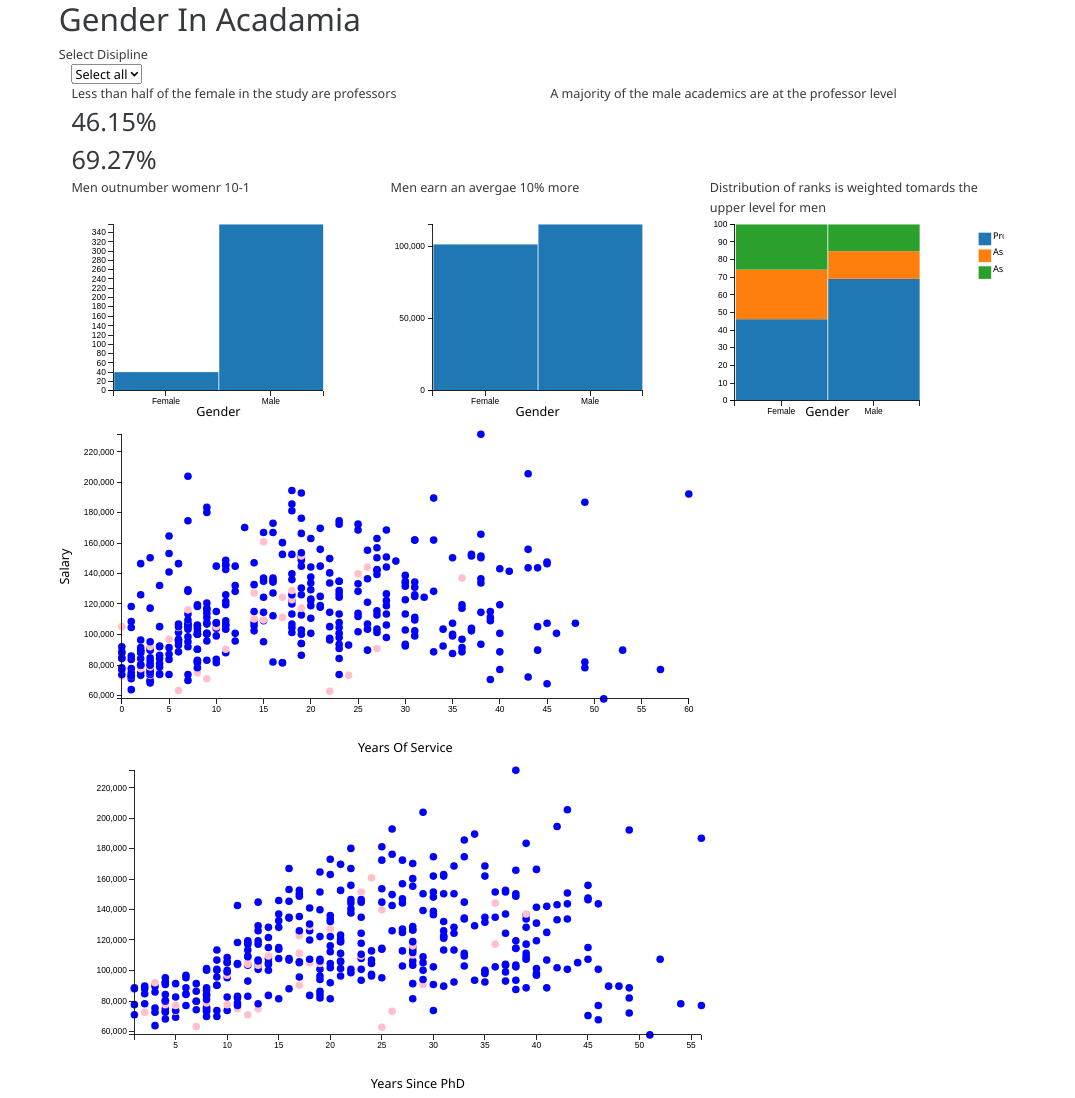
Repository: Angie55/dashboard-mini-project
Page: index.html
The author's editor kept a record of every edit. The page is drawn from the files as they stood at one moment, then again after the next edit.
The browser window is 1280 px wide. The pictures show the whole page, at 84% of full size.

Above is the page before.

### index.html
<!DOCTYPE html>
<html lang="en">
<head>
    <meta charset="UTF-8">
    <meta name="viewport" content="width=device-width, initial-scale=1.0">
    <meta http-equiv="X-UA-Compatible" content="ie=edge">
    <title>Gender In Academia</title>

    <link rel="stylesheet" href="static/css/bootstrap.min.css" type="text/css"/>
    <link rel="stylesheet" href="static/css/dc.min.css" type="text/css"/>
    <link rel="stylesheet" href="static/css/style.css" type="text/css"/>

    <script type="text/javascript" src="static/js/d3.min.js"></script>
    <script type="text/javascript" src="static/js/crossfilter.min.js"></script>
    <script type="text/javascript" src="static/js/dc.min.js"></script>
    <script type="text/javascript" src="static/js/queue.min.js"></script>
    <script type="text/javascript" src="static/js/graph.js"></script>
</head>
<body>
    <div class="container">

        <div class="row">
            <h1>Gender In Acadamia</h1>
        </div>

        <div class="row">
            <div class="col-md-offset-5">Select Disipline</div>
        </div>

        <div class="row">
            <div class="col-md-offset-5" id="discipline-selector"></div>
        </div>

        <div class="row">
            <div class="col-md-6">Less than half of the female in the study are professors</div>
            <div class="col-md-6">A majority of the male academics are at the professor level</div>
        </div>

        <div class="row">
            <div class="col-md-6 number-box " id="percent-of-women-professors"></div>
            <div class="col-md-6 number-box" id="percent-of-men-professors"></div>
        </div>

        <div class="row">
            <div class="col-md-4">Men outnumber womenr 10-1</div>
            <div class="col-md-4">Men earn an avergae 10% more</div>
            <div class="col-md-4">Distribution of ranks is weighted tomards the upper level for men</div>
        </div>

        <div class="row">
            <div class="col-md-4" id="gender-balance"></div>
            <div class="col-md-4" id="average-salary"></div>
            <div class="col-md-4" id="ranking-distribution"></div>
        </div>

        <div>
            <div></div>
        </div>

        <div class="row">
             <div class="col-md-offset-2" id="service-salary"></div>
        </div>

        <div id="phd-salary"></div>

    </div>

</body>
</html>

### static/css/style.css


.navbar-default {
	background-image: none;
	margin-bottom: 0;
}

.section-heading, #discipline-selector {
	display: inline-block;
	float: none;
	margin: 0;
}

.section-heading {
	margin-bottom: 50px;
}

#discipline-selector {
	margin-left: 15px;
}

.number-box {
	margin-right: 75px;
}

.number-box, .fa.fa-gender {
    font-size: 30px;
    font-weight: 500;
}

.fa-gender {
	margin-right: 10px;
}

.custom-chart {
	margin-bottom: 40px;
}

.section {
	border-bottom: 1px solid #e6e6e6;
	padding: 30px 0;
}

.section-paragraph {
	line-height: 1.2;
}

### static/js/graph.js
queue()
    .defer(d3.csv, 'data/Salaries.csv')
    .await(makeGraphs);

function makeGraphs(error, salaryData) {
    var ndx = crossfilter(salaryData);

    salaryData.forEach(function(d){
        d.salary = parseInt(d.salary);
        d.yrs_since_phd = parseInt(d["yrs.since.phd"]);
        d.yrs_service = parseInt(d["yrs.service"]);
    });

    show_discipline_selector(ndx);

    show_percent_that_are_professors(ndx, "Female", "#percent-of-women-professors");
    show_percent_that_are_professors(ndx, "Male", "#percent-of-men-professors");

    show_gender_balance(ndx);
    show_average_salary(ndx);
    show_rank_distribution(ndx);

    show_service_to_salary_correlation(ndx);
    show_phd_to_salary_correlation(ndx);

    dc.renderAll();
}

function show_discipline_selector(ndx){
    var dim = ndx.dimension(dc.pluck('discipline'));
    var group = dim.group();

    dc.selectMenu('#discipline-selector')
    .dimension(dim)
    .group(group);
}


function show_percent_that_are_professors(ndx, gender, element) {
    var percentageThatAreProf = ndx.groupAll().reduce (
        function(p, v) {
            if (v.sex === gender) {
                p.count++;
                if (v.rank === 'Prof') {
                    p.are_prof++;
                }
            }
            return p;
        },
        function(p, v) {
            if (v.sex === gender) {
                p.count--;
                if (v.rank === "Prof") {
                    p.are_prof--;
                }
            }
            return p;
        },
        function () {
            return {count: 0, are_prof: 0}
        }
    );

    dc.numberDisplay(element)
    .formatNumber(d3.format('.2%'))
    .valueAccessor(function (d) {
            if (d.count == 0) {
                return 0;
            } else {
                return (d.are_prof / d.count);
            }
        })
        .group(percentageThatAreProf)
}


function show_gender_balance(ndx) {
    var dim = ndx.dimension(dc.pluck('sex'));
    var group = dim.group();

    dc.barChart('#gender-balance')
    .width(350)
    .height(250)
    .margins({top: 10, right: 50, bottom: 30, left: 50})
    .dimension(dim)
    .group(group)
    .transitionDuration(500)
    .x(d3.scale.ordinal())
    .xUnits(dc.units.ordinal)
    .xAxisLabel('Gender')
    .yAxis().ticks(20);
}

function show_average_salary(ndx) {
    var dim = ndx.dimension(dc.pluck('sex'));

    function add_item(p, v) {
        p.count++;
        p.total += v.salary;
        p.average = p.total / p.count;
        return p;
    }

    function remove_item(p, v) {
        p.count--;
        if(p.count == 0) {
            p.total = 0;
            p.average = 0;
        } else {
        p.total -= v.salary;
        p.average = p.total / p.count;
        }
        return p;
    }

    function initialise() {
        return {count: 0, total: 0, average: 0}
    }

    var averageSalaryByGender = dim.group().reduce(add_item, remove_item, initialise);

    dc.barChart('#average-salary')
    .width(350)
    .height(250)
    .margins({top: 10, right: 50, bottom: 30, left: 50})
    .dimension(dim)
    .group(averageSalaryByGender)
    .valueAccessor(function(d) {
        return d.value.average.toFixed(2);
    })
    .transitionDuration(500)
    .x(d3.scale.ordinal())
    .xUnits(dc.units.ordinal)
    .elasticY(true)
    .xAxisLabel('Gender')
    .yAxis().ticks(4);

}

function show_rank_distribution(ndx) {

  function rankByGender(dimension, rank) {
      return dimension.group().reduce(
    function(p, v) {
        p.total++;
        if(v.rank == rank) {
            p.match++;
        }
        return p;
    },
    function(p, v) {
        p.total--;
        if(v.rank == rank) {
            p.match--;
        }
        return p;
    },
    function () {
        return {total: 0, match: 0}
    }
  );
 }


  var dim = ndx.dimension(dc.pluck('sex'));
  var profByGender = rankByGender(dim, 'Prof');
  var asstProfByGender = rankByGender(dim, 'AsstProf');
  var assocProfByGender = rankByGender(dim, 'AssocProf');

  dc.barChart('#ranking-distribution')
    .width(350)
    .height(250)
    .dimension(dim)
    .group(profByGender, 'Prof')
    .stack(asstProfByGender, 'Asst Prof')
    .stack(assocProfByGender, 'Assoc Prof')
    .valueAccessor(function(d) {
        if(d.value.total > 0) {
         return (d.value.match / d.value.total) * 100;
    } else {
        return 0;
       }
    })
    .x(d3.scale.ordinal())
    .xUnits(dc.units.ordinal)
    .xAxisLabel("Gender")
    .legend(dc.legend().x(320).y(20).itemHeight(15).gap(5))
    .margins({top: 10, right: 100, bottom: 30, left: 30});
}

function show_service_to_salary_correlation(ndx) {

    var genderColors = d3.scale.ordinal()
    .domain(['Female', 'Male'])
    .range(['pink', 'blue']);

    var eDim = ndx.dimension(dc.pluck("yrs_service"));
    var experienceDim = ndx.dimension(function(d) {
        return [d.yrs_service, d.salary, d.rank, d.sex];
    });
    var experienceSalaryGroup = experienceDim.group();

    var minExperience = eDim.bottom(1)[0].yrs_service;
    var maxExperience = eDim.top(1)[0].yrs_service;

    dc.scatterPlot("#service-salary")
        .width(800)
        .height(400)
        .x(d3.scale.linear().domain([minExperience, maxExperience]))
        .brushOn(false)
        .symbolSize(8)
        .clipPadding(10)
        .yAxisLabel("Salary")
        .xAxisLabel("Years Of Service")
        .title(function(d) {
            return d.key[2] + " earned " + d.key[1];
        })
        .colorAccessor(function(d) {
            return d.key[3];
        })
        .colors(genderColors)
        .dimension(experienceDim)
        .group(experienceSalaryGroup)
        .margins({top: 10, right: 50, bottom: 75, left: 75});
}

function show_phd_to_salary_correlation(ndx) {

    var genderColors = d3.scale.ordinal()
        .domain(["Female", "Male"])
        .range(["pink", "blue"]);

    var pDim = ndx.dimension(dc.pluck("yrs_since_phd"));
    var phdDim = ndx.dimension(function(d) {
       return [d.yrs_since_phd, d.salary, d.rank, d.sex];
    });
    var phdSalaryGroup = phdDim.group();

    var minPhd = pDim.bottom(1)[0].yrs_since_phd;
    var maxPhd = pDim.top(1)[0].yrs_since_phd;

    dc.scatterPlot("#phd-salary")
        .width(800)
        .height(400)
        .x(d3.scale.linear().domain([minPhd, maxPhd]))
        .brushOn(false)
        .symbolSize(8)
        .clipPadding(10)
        .xAxisLabel("Years Since PhD")
        .title(function(d) {
            return d.key[2] + " earned " + d.key[1];
        })
        .colorAccessor(function (d) {
            return d.key[3];
        })
        .colors(genderColors)
        .dimension(phdDim)
        .group(phdSalaryGroup)
        .margins({top: 10, right: 50, bottom: 75, left: 75});
}

Loaded but not shown: static/css/bootstrap.min.css (library); static/css/dc.min.css (library); static/js/d3.min.js (library); static/js/crossfilter.min.js (library); static/js/dc.min.js (library); static/js/queue.min.js (common file)

After the next edit:
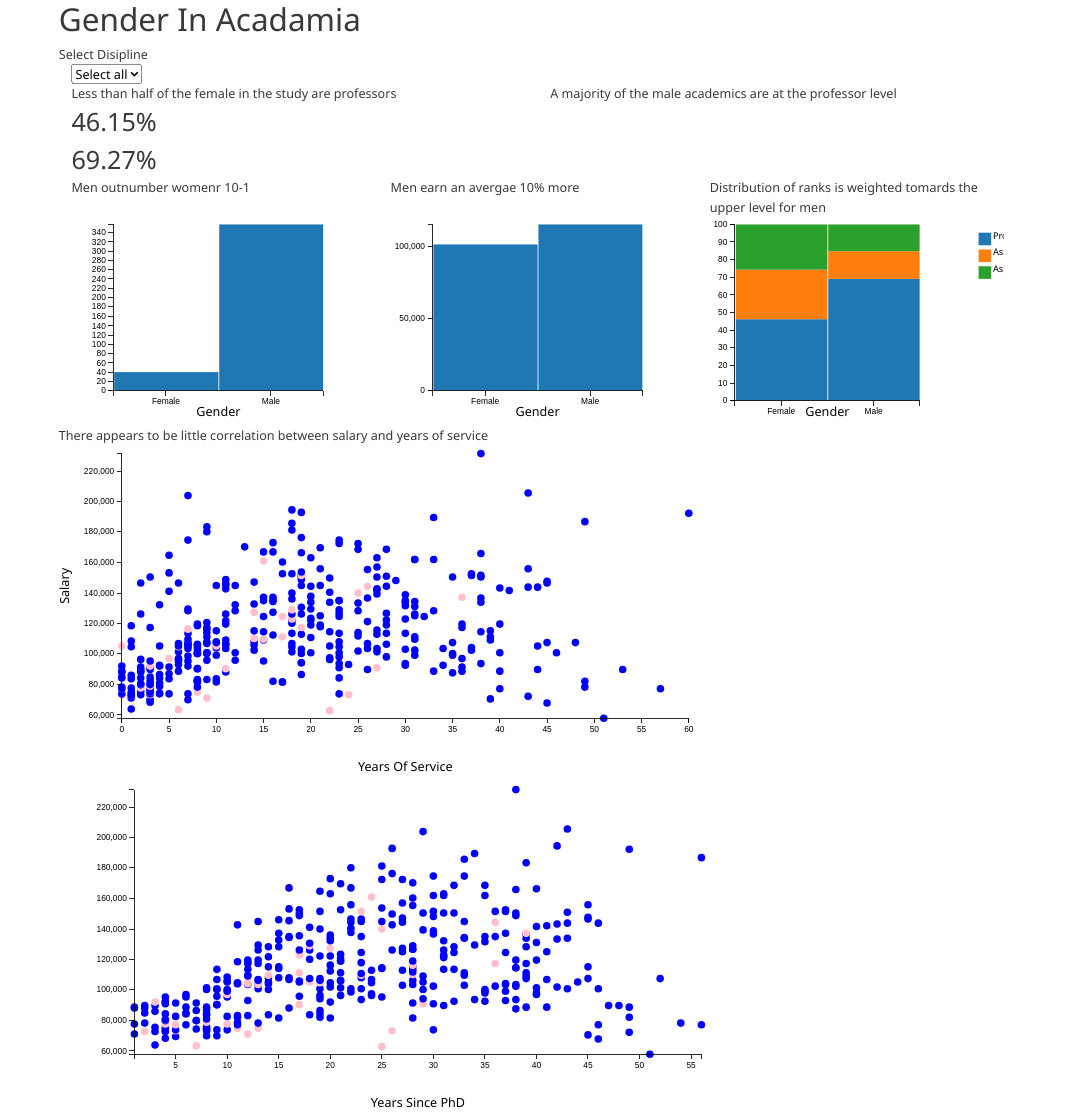
The edit:
--- a/index.html
+++ b/index.html
@@ -53,10 +53,9 @@
             <div class="col-md-4" id="ranking-distribution"></div>
         </div>
 
-        <div>
-            <div></div>
+        <div class="row">
+            <div class="col-md-offset-2">There appears to be little correlation between salary and years of service</div>
         </div>
-
         <div class="row">
              <div class="col-md-offset-2" id="service-salary"></div>
         </div>
